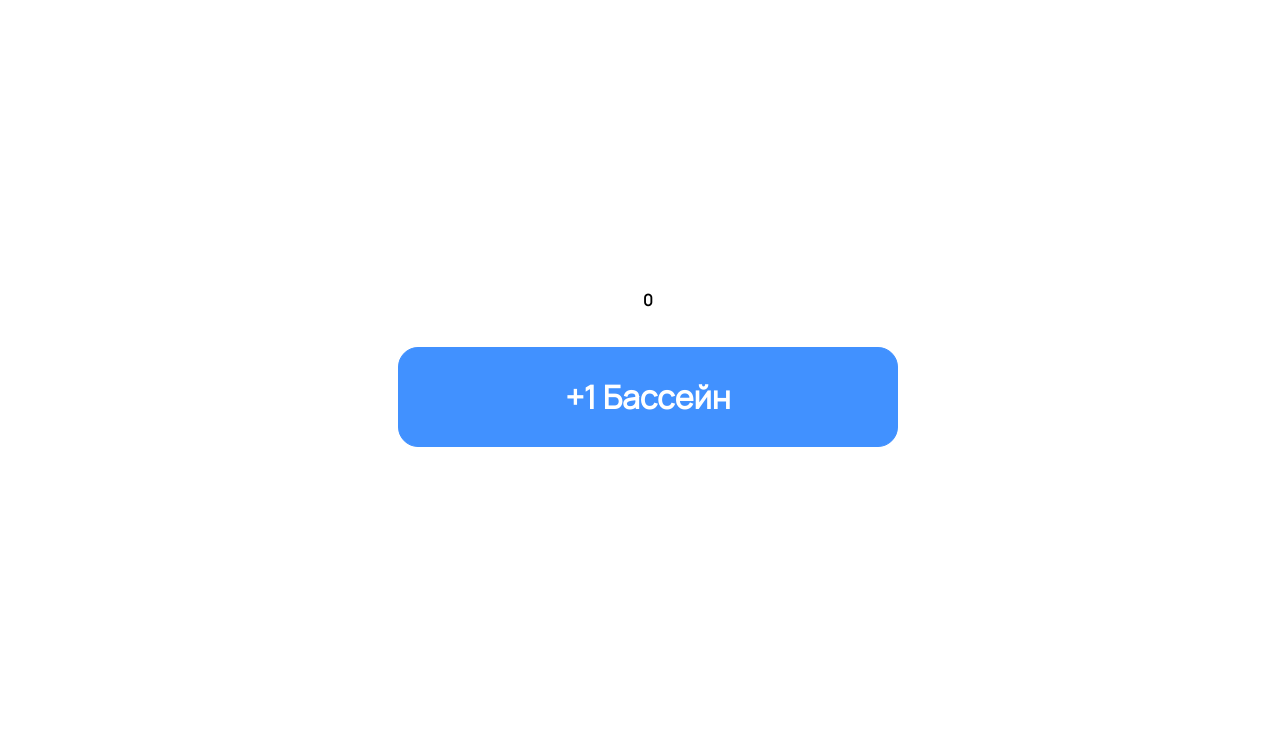
Repository: Huseynov98/js-practice
Page: index.html
An editor plug-in stored every save of this project. The page is shown before and after the next save, followed by the edit.
The browser window is 1280 px wide. The page is 1288 px wide, so the pictures cover 1288 px, including what lies to the right of the window. The pictures show the whole page.

Above is the page before, as saved 2023-05-15 10:29:38.

### index.html
<!DOCTYPE html>
<html lang="en">

<head>
    <meta charset="UTF-8">
    <meta http-equiv="X-UA-Compatible" content="IE=edge">
    <meta name="viewport" content="width=device-width, initial-scale=1.0">
    <link rel="shortcut icon" href="./resources/favicon.png" type="image/x-icon">
    <link rel="preconnect" href="https://fonts.googleapis.com">
    <link rel="preconnect" href="https://fonts.gstatic.com" crossorigin>
    <link href="https://fonts.googleapis.com/css2?family=Manrope&display=swap" rel="stylesheet">
    <link rel="stylesheet" href="./CSS/index.css">
    <title> Counter App </title>
</head>

<body>
    <div class="counter">
        <div class="counter__value">0</div>
        <button class="counter__addButton">+1 Бассейн</button>
    </div>




    <script src="./JS/index.js"></script>
</body>

</html>

### CSS/index.css
body {
  font-family: "Manrope", sans-serif;
  font-weight: 700;
  width: 100%;
  overflow-x: hidden;
}
button {
  font-family: inherit;
  cursor: pointer;
}
.counter {
  margin: 0 auto;
  width: 700px;
  height: 100vh;
  display: flex;
  align-items: center;
  justify-content: center;
  flex-direction: column;
  gap: 36px;
}
.counter__addButton {
  font-family: "Manrope", sans-serif;
  width: 500px;
  height: 100px;
  background: #4191ff;
  border-radius: 20px;
  border: 1px solid #4191ff;
  color: #ffffff;
  font-weight: 700;
  font-size: 32px;
  line-height: 44px;
}

Loaded but not shown: JS/index.js (empty)

After the next save:
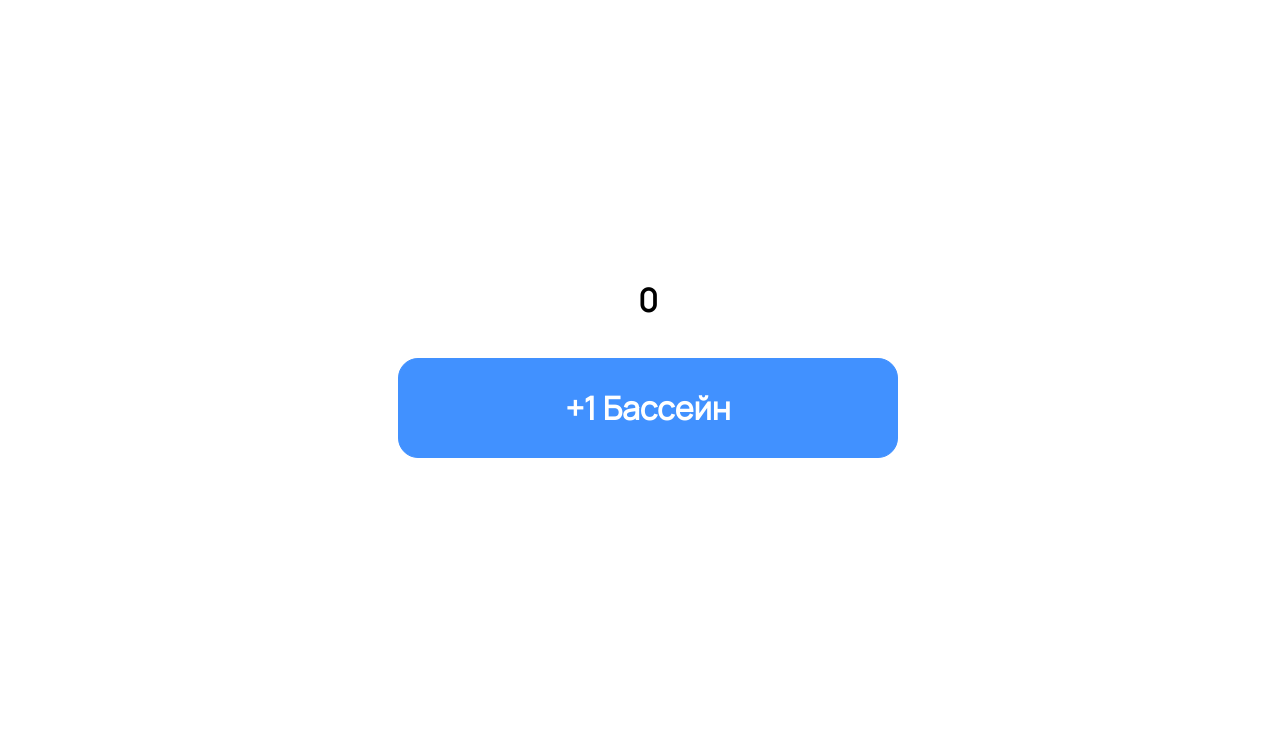
Saved 83 s later.
--- a/CSS/index.css
+++ b/CSS/index.css
@@ -18,6 +18,12 @@ button {
   flex-direction: column;
   gap: 36px;
 }
+
+.counter__value {
+  text-align: center;
+  font-size: 32px;
+  line-height: 44px;
+}
 .counter__addButton {
   font-family: "Manrope", sans-serif;
   width: 500px;
